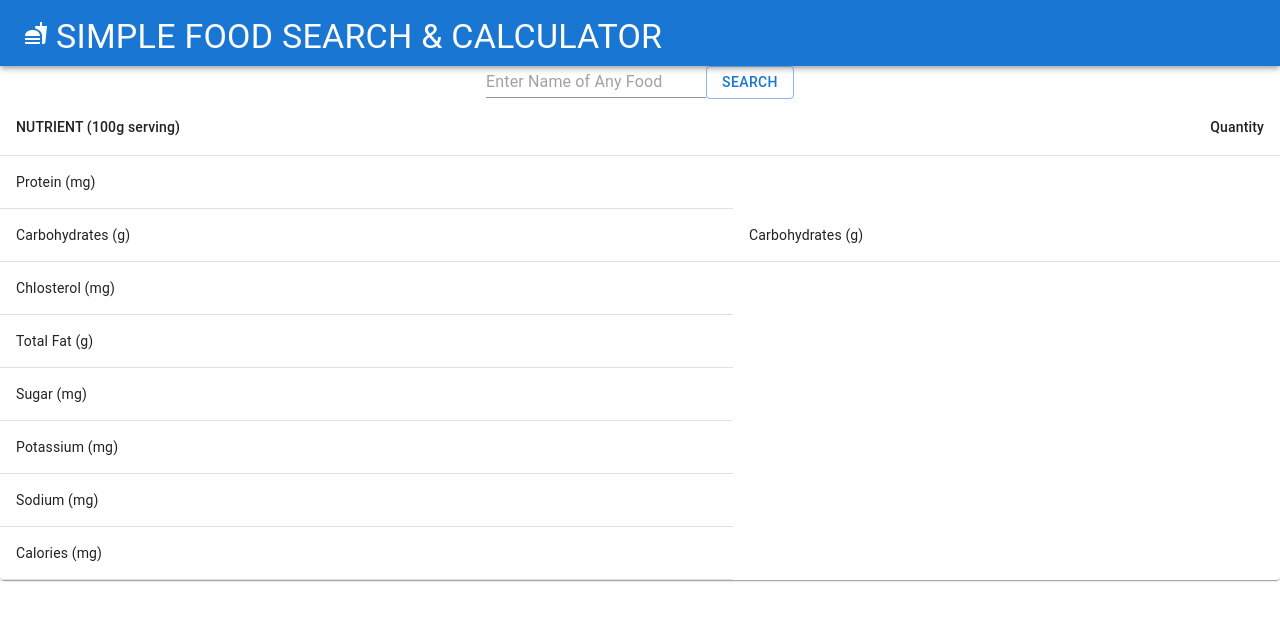
Repository: Mikerr21/Diet-Nutrition-API
Page: /
These files come from the project's save history. The page is drawn as it stood at one moment and after the next save; the edit follows.
The browser window is 1280 px wide. The pictures show the whole page.
The project was rebuilt for these pictures with package versions that can differ from the ones it lists, and the page was loaded fresh each time.

Above is the page before, as saved 2022-09-21 15:45:55.

After the next save:
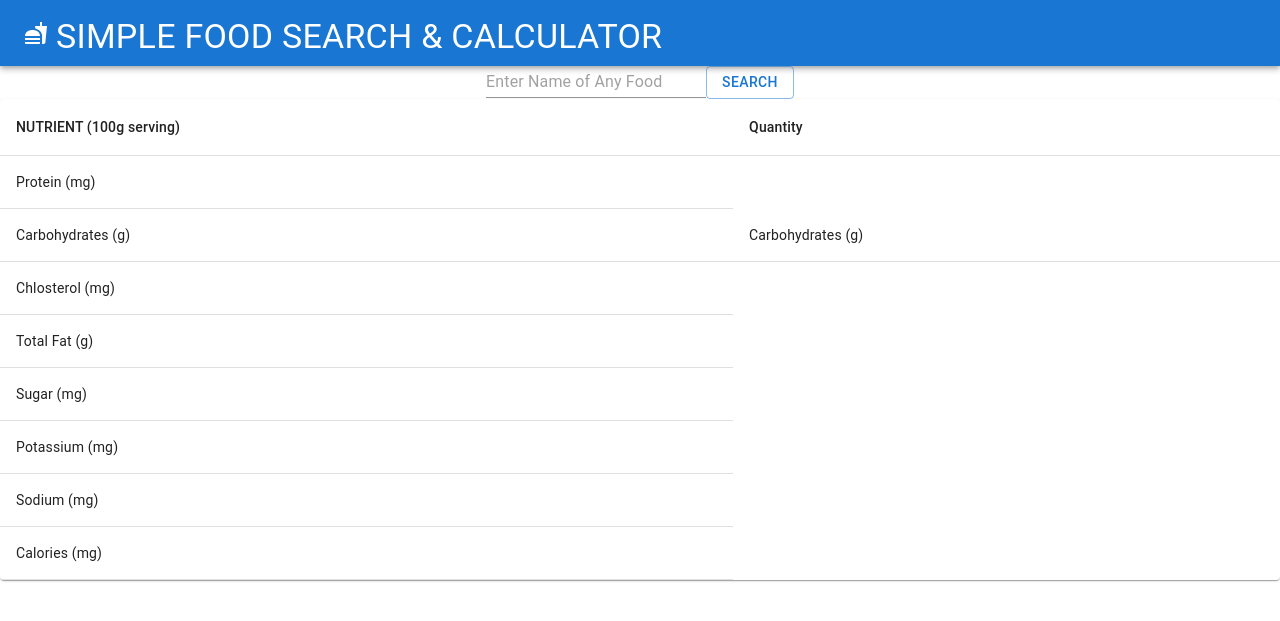
Saved 12 s later.
--- a/src/App.js
+++ b/src/App.js
@@ -99,7 +99,7 @@ function App() {
         <TableHead>
           <TableRow>
             <TableCell>NUTRIENT (100g serving)</TableCell>
-            <TableCell align="right">Quantity</TableCell>
+            <TableCell align="left">Quantity</TableCell>
           </TableRow>
         </TableHead>
         <TableBody>
